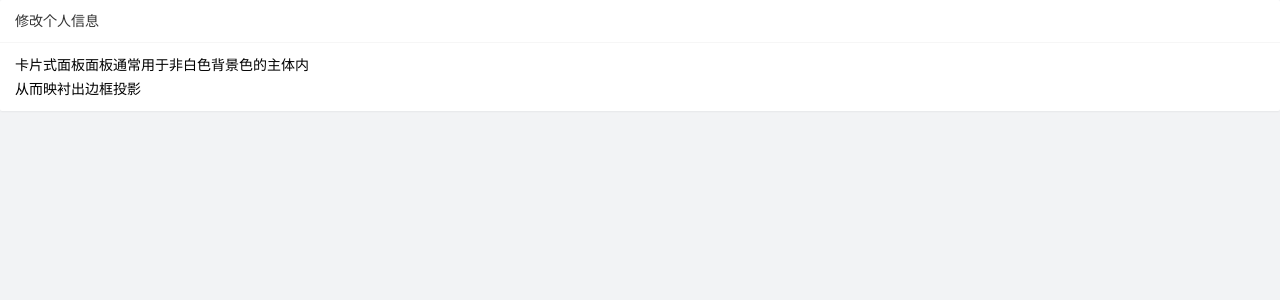
Repository: haloxxi/web_bigevent
Page: user/user-info.html
An editor plug-in stored every save of this project. The page is shown before and after the next save, followed by the edit.
The browser window is 1280 px wide. The pictures show the whole page.

Above is the page before, as saved 2022-06-24 21:37:39.

After the next save:
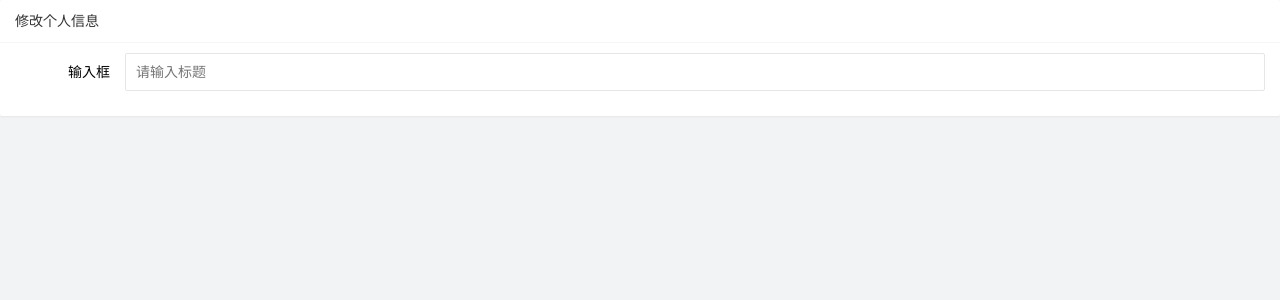
Saved 99 s later.
--- a/user/user-info.html
+++ b/user/user-info.html
@@ -18,7 +18,15 @@
     <div class="layui-card">
         <div class="layui-card-header">修改个人信息</div>
         <div class="layui-card-body">
-            卡片式面板面板通常用于非白色背景色的主体内<br> 从而映衬出边框投影
+            <!-- 这里是form表单 -->
+            <form class="layui-form" action="">
+                <div class="layui-form-item">
+                    <label class="layui-form-label">输入框</label>
+                    <div class="layui-input-block">
+                        <input type="text" name="title" required lay-verify="required" placeholder="请输入标题" autocomplete="off" class="layui-input">
+                    </div>
+                </div>
+            </form>
         </div>
     </div>
 </body>
